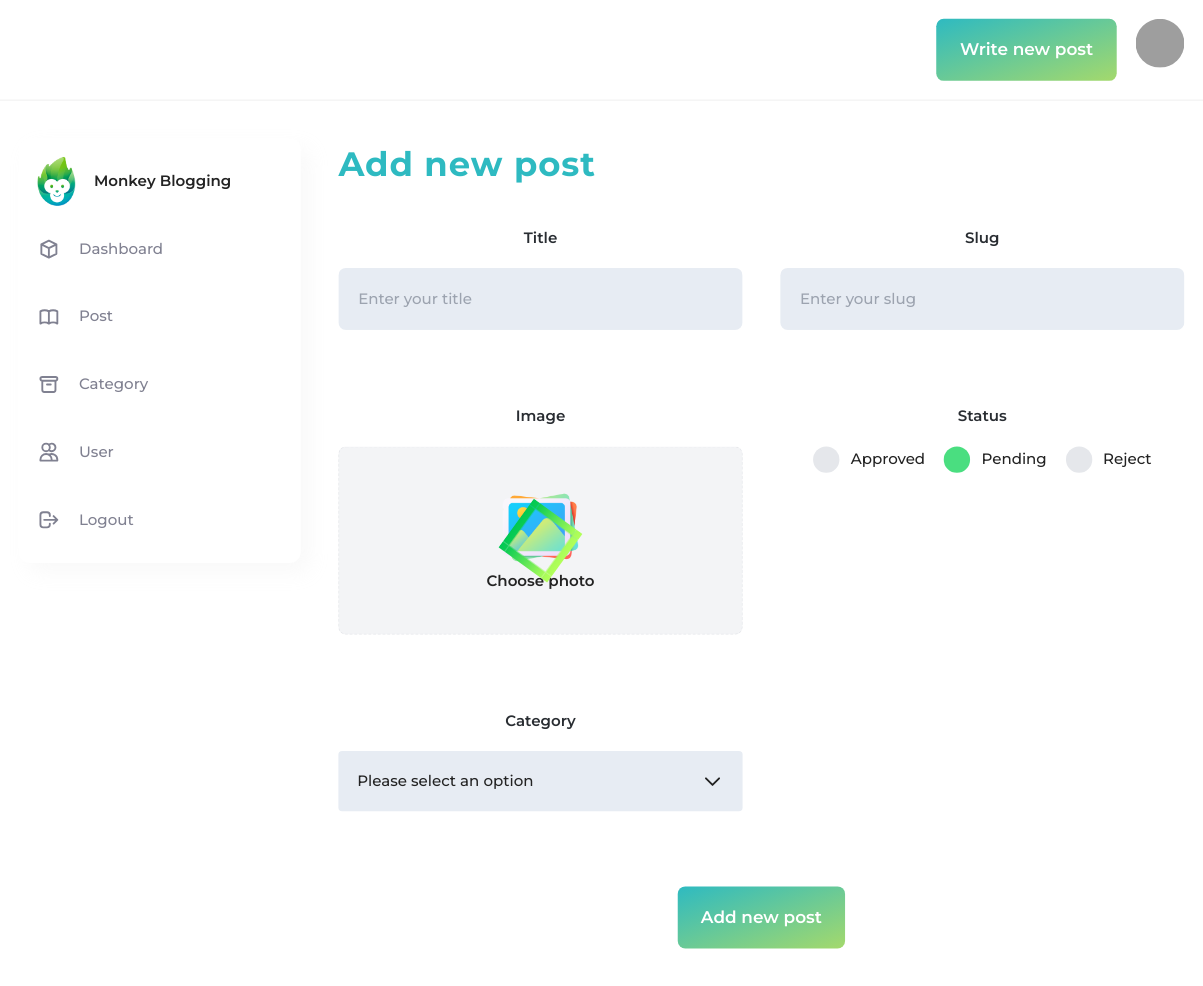
Repository: ThanhPhongsof/react-course-projects
Page: /manage/add-post (app in react-monkey-bloging/)
The author's editor kept a copy of each file at every save. The page is drawn from the files as they stood at one save, then again after the next save.
The browser window is 1280 px wide. The pictures show the whole page, at 94% of full size.
Pictures or frames that could not be fetched are drawn as grey boxes. The project was rebuilt for these pictures with package versions that can differ from the ones it lists, and the page was loaded fresh each time. Also part of the build but not shown: react-monkey-bloging/src/page/AuthenticationPage.js, react-monkey-bloging/src/components/icon/IconEyeOpen.js, react-monkey-bloging/src/components/icon/IconEyeClose.js, react-monkey-bloging/src/components/icon/index.js, react-monkey-bloging/src/components/input/InputPasswordToggle.js, react-monkey-bloging/src/page/SignUpPage.js, react-monkey-bloging/src/page/SignInPage.js, react-monkey-bloging/src/components/layout/Header.js and 21 more. Imported but missing from the stored project, and not drawn on this page: react-monkey-bloging/src/components/loading/LoadingSpinner, react-monkey-bloging/src/module/post/PostMeta.

Above is the page before, as saved 2022-05-09 15:20:30.

After the next save:
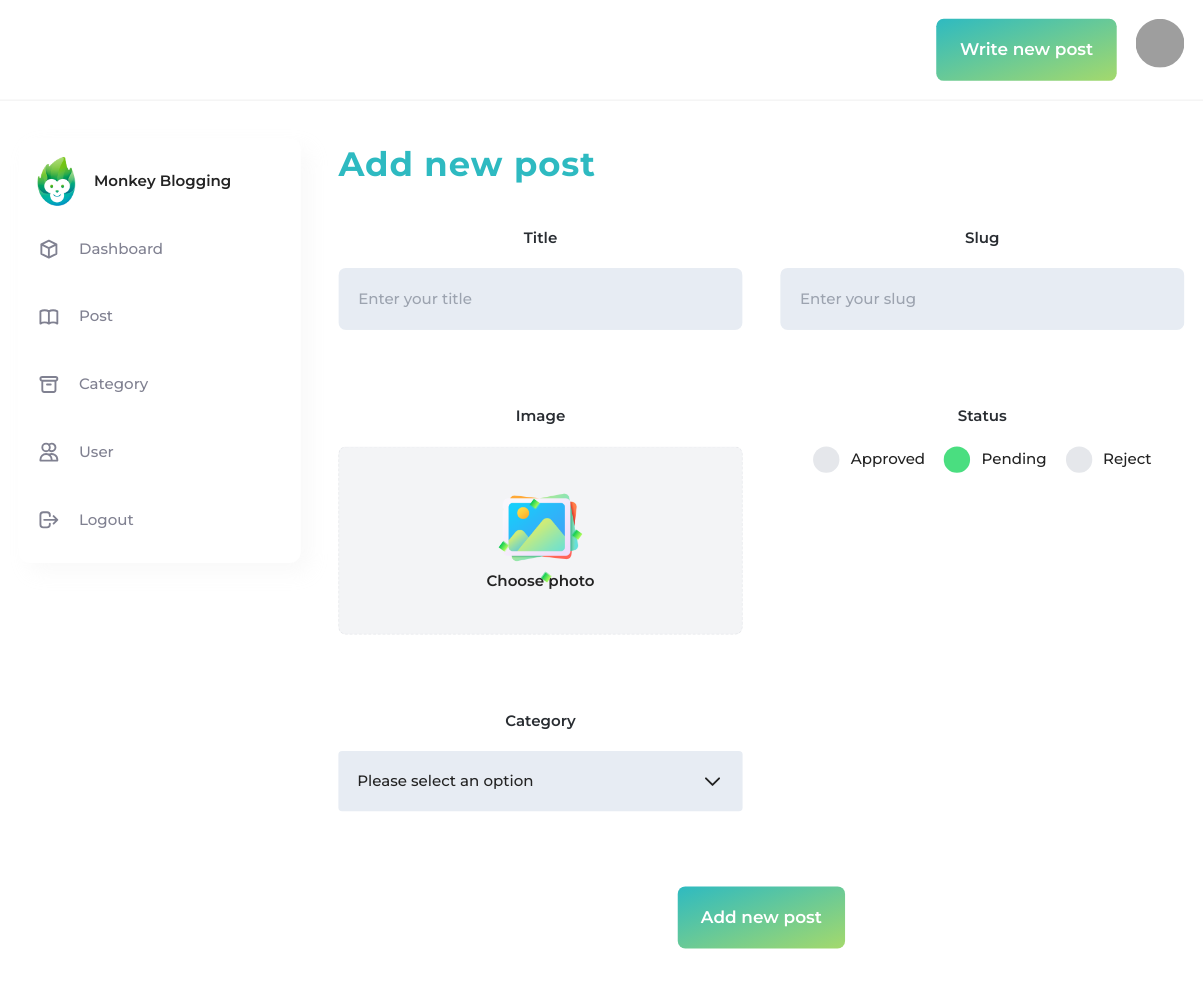
Saved 2 min 19 s later.
--- a/react-monkey-bloging/src/components/image/ImageUpload.js
+++ b/react-monkey-bloging/src/components/image/ImageUpload.js
@@ -61,7 +61,7 @@ const ImageUploadStyles = styled.label`
         ${(props) => props.theme.primary},
         ${(props) => props.theme.secondary}
       ); */
-      border-image-slice: 4;
+      border-image-width: 1;
       border-top-color: transparent;
       position: absolute;
       z-index: 10;
